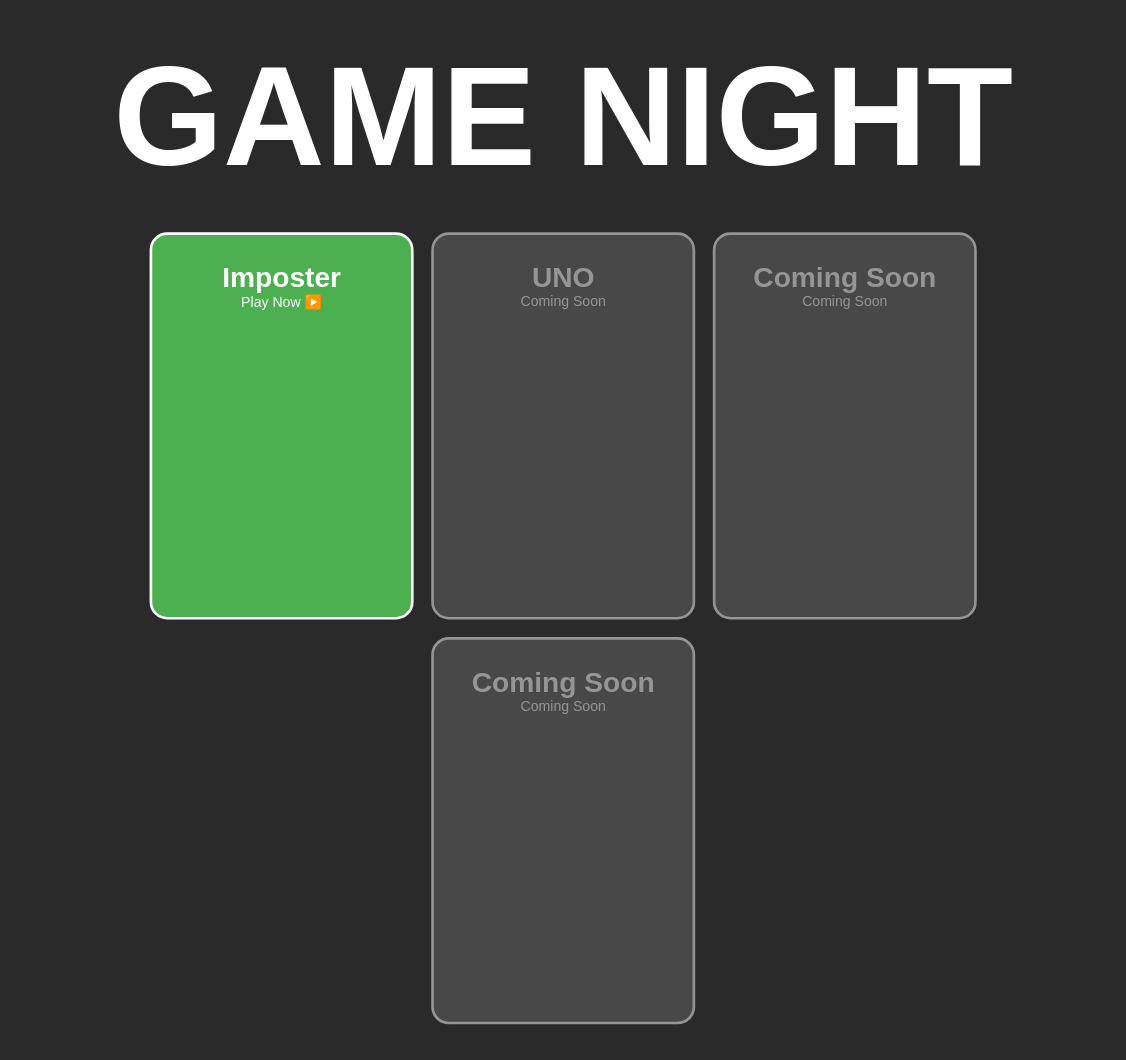
Repository: nfemmanuel/game-night-app
Page: /
The author's editor kept a copy of each file at every save. The page is drawn from the files as they stood at one save, then again after a run of saves.
The browser window is 1280 px wide. The pictures show the whole page, at 88% of full size.
The project was rebuilt for these pictures with package versions that can differ from the ones it lists, and the page was loaded fresh each time.

Above is the page before, as saved 2025-12-31 16:31:20.

After the next 3 saves:
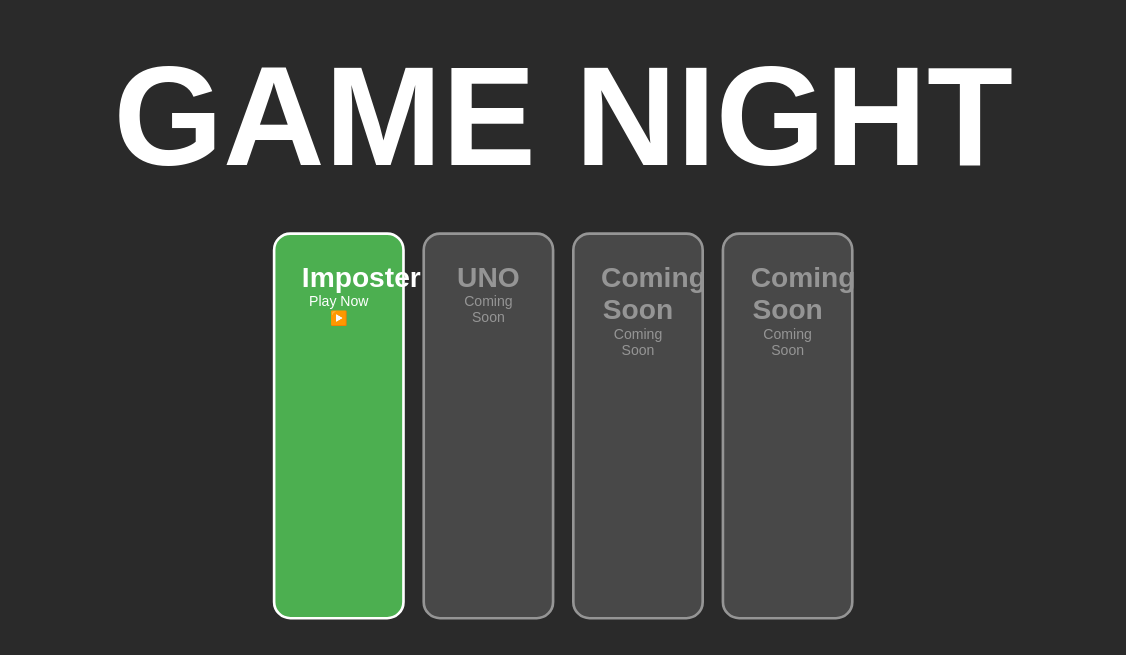
The 3 saves are shown as one change because they came seconds apart.
The last was saved 70 s later.
--- a/src/components/GameCard.module.css
+++ b/src/components/GameCard.module.css
@@ -1,5 +1,5 @@
 .card {
-    width: 300px;
+    width: 150px;
     height: 440px;
     padding: 30px;
     border-radius: 20px;
